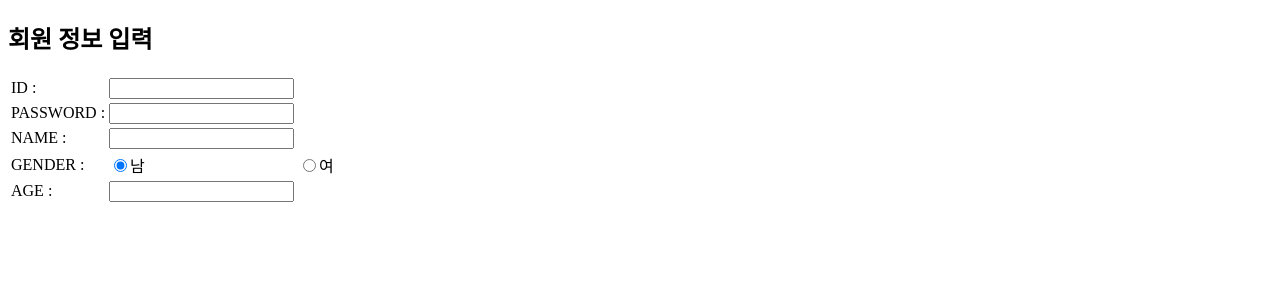
Repository: MaSHwan/JSP_Study
Page: http://localhost/ServletProject/template/join.jsp
These files come from the project's save history. The page is drawn as it stood at one moment and after the next save; the edit follows.
The browser window is 1280 px wide. The pictures show the whole page.
The page is served by Tomcat 9. Other server files are loaded and not shown.

Above is the page before, as saved 2022-08-08 04:52:43.

### ServletProject/src/main/webapp/template/join.jsp
<%@ page language="java" contentType="text/html; charset=UTF-8"
    pageEncoding="UTF-8"%>
<!DOCTYPE html>
<html>
<head>
<meta charset="UTF-8">
<title>Insert title here</title>
</head>
<body>
<section id="formArea">
<h1>회원 정보 입력</h1>
	<form action="joinCheck.jsp" method="post">
		<table>
			<tr>
				<td><label for="id">ID : </label></td>
				<td><input type="text" name="id" id="id"></td>
			</tr>

			<tr>
				<td><label for="pass">PASSWORD : </label></td>
				<td><input type="text" name="pass" id="pass"></td>
			</tr>

			<tr>
				<td><label for="name">NAME : </label></td>
				<td><input type="text" name="name" id="name"></td>
			</tr>

			<tr>
				<td><label for="gender">GENDER : </label></td>
				<td><input type="radio" name="gender" id="gender" value="1" checked="checked">남</td>
				<td><input type="radio" name="gender" id="gender" value="2">여</td>
			</tr>

			<tr>
				<td><label for="age">AGE : </label></td>
				<td><input type="text" name="id" id="id"></td>
			</tr>
		</table>
	</form>
</section>
</body>
</html>

After the next save:
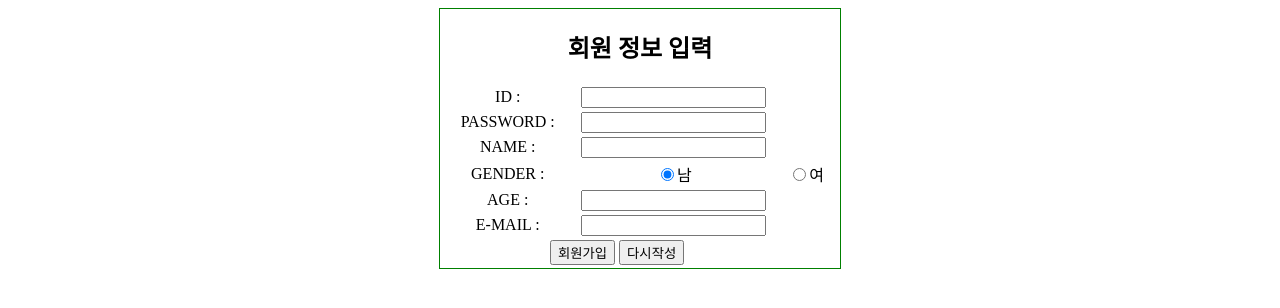
Saved 5 min 46 s later.
--- a/ServletProject/src/main/webapp/template/join.jsp
+++ b/ServletProject/src/main/webapp/template/join.jsp
@@ -4,7 +4,28 @@
 <html>
 <head>
 <meta charset="UTF-8">
-<title>Insert title here</title>
+<title>회원가입</title>
+
+<style type="text/css">
+	#formArea{
+	margin: auto;
+	width: 400px;
+	border: 1px solid green;
+	text-align: center;
+	}
+
+	h1{
+	text-align: center;
+	}
+
+	table{
+	width: 380px;
+	margin: auto;
+	text-align: center;
+	}
+
+</style>
+
 </head>
 <body>
 <section id="formArea">
@@ -34,7 +55,19 @@
 
 			<tr>
 				<td><label for="age">AGE : </label></td>
-				<td><input type="text" name="id" id="id"></td>
+				<td><input type="text" name="age" id="age"></td>
+			</tr>
+
+			<tr>
+				<td><label for="email">E-MAIL : </label></td>
+				<td><input type="text" name="email" id="email"></td>
+			</tr>
+
+			<tr>
+				<td colspan="2">
+					<input type="submit" value="회원가입">
+					<input type="reset" value="다시작성">
+				</td>
 			</tr>
 		</table>
 	</form>
